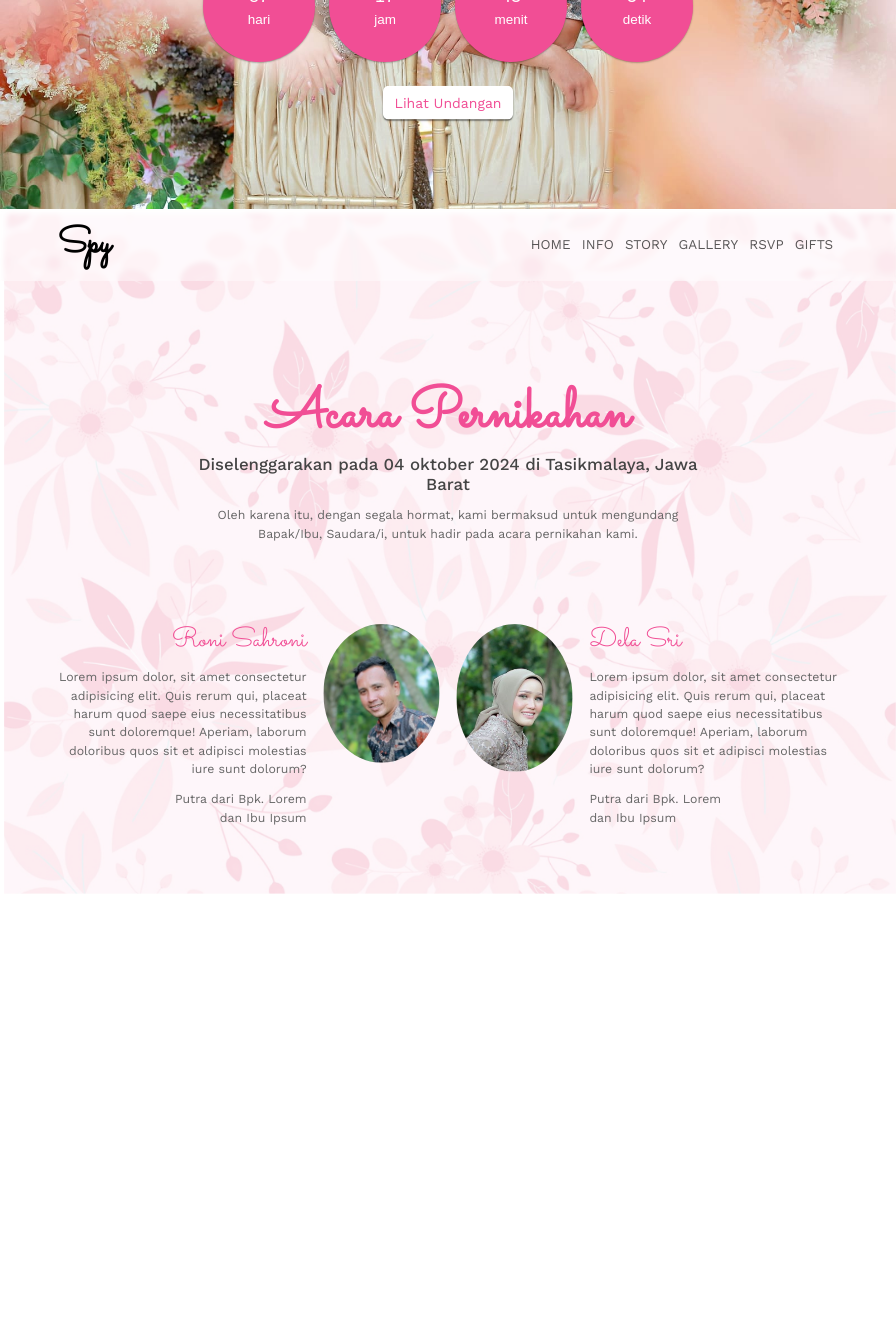
Repository: sellayspy/invitation
Page: index.html
The author's editor kept a copy of each file at every save. The page is drawn from the files as they stood at one save, then again after the next save.
The browser window is 1280 px wide. The pictures show the part of the page from y = 421 to 2341 px (the page is 4000 px tall), at 70% of full size.

Above is the page before, as saved 2024-07-08 16:19:51.

After the next save:
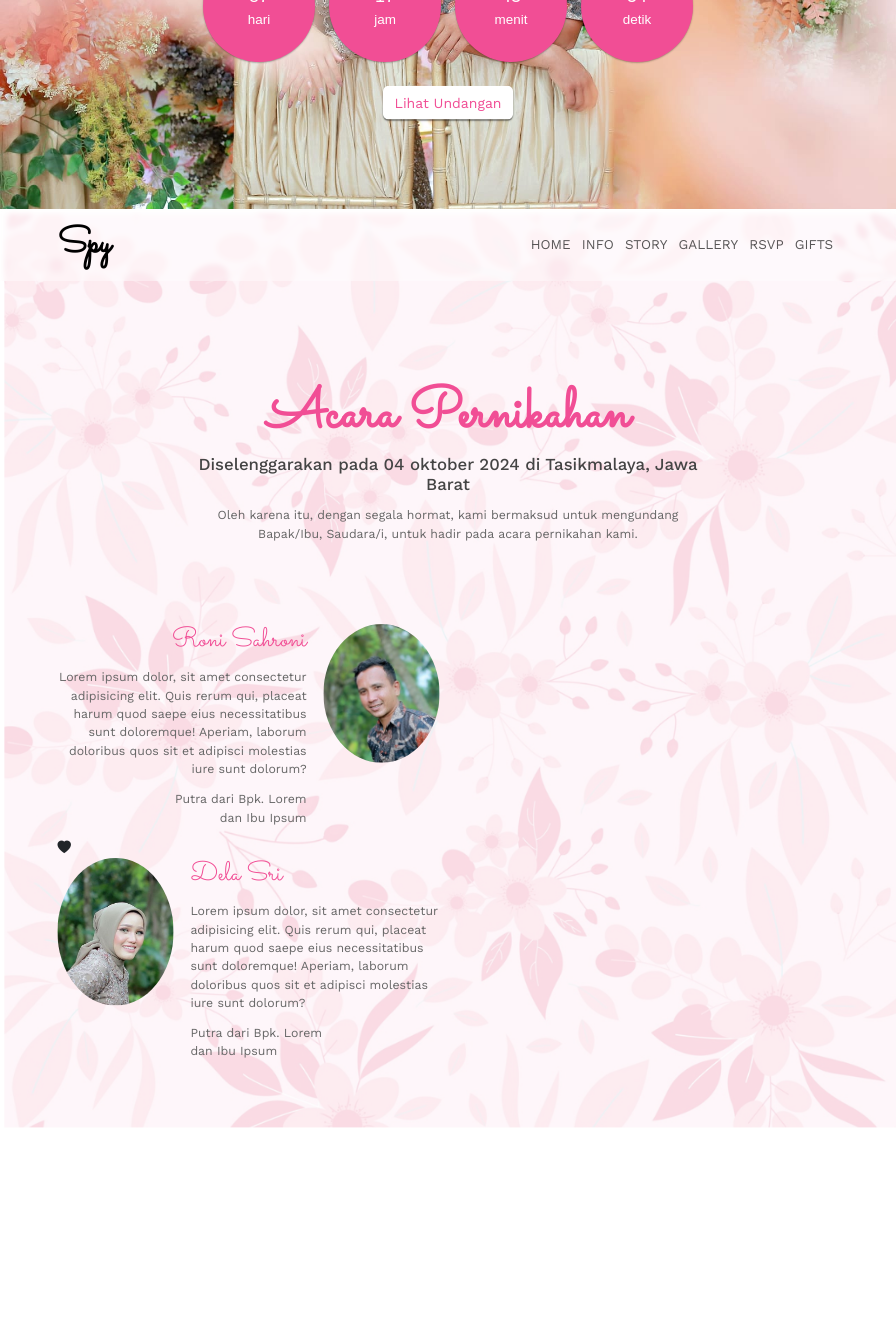
Saved 114 s later.
--- a/index.html
+++ b/index.html
@@ -124,6 +124,8 @@
             </div>
           </div>
 
+          <span class="heart"><i class="bi bi-heart-fill"></i></span>
+
           <div class="col-lg-6">
             <div class="row">
               <div class="col-4">
